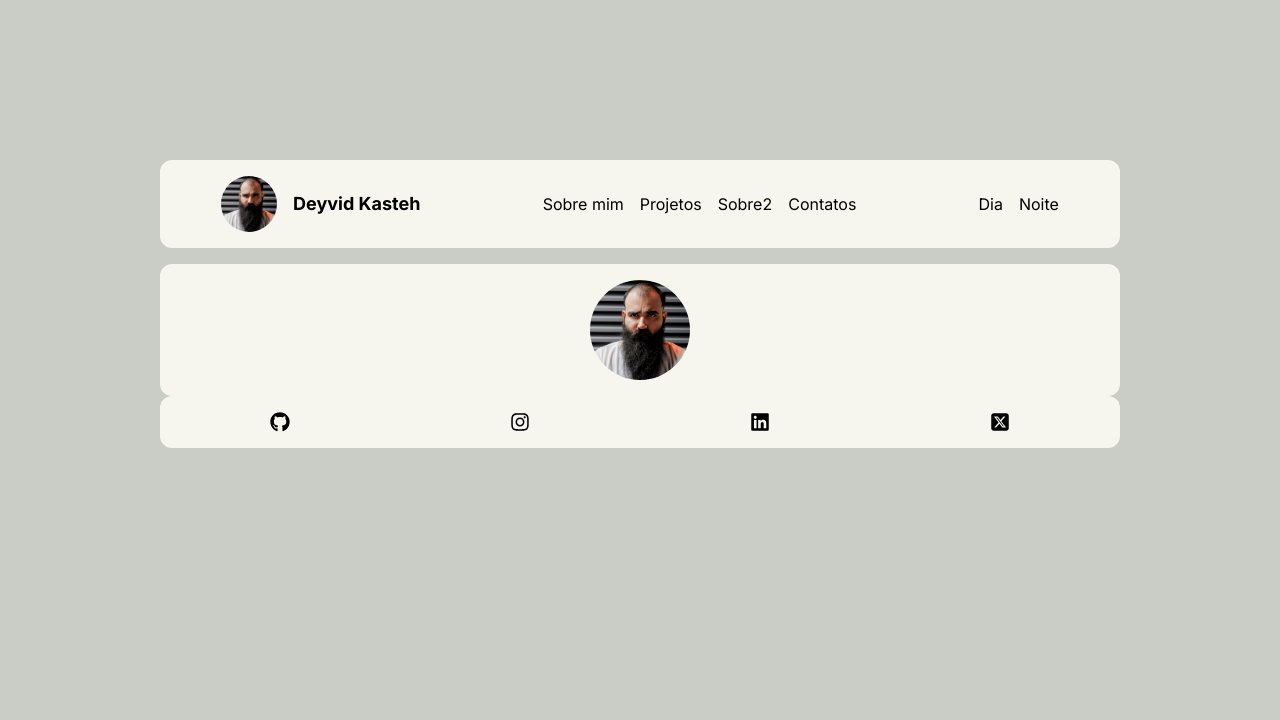
Repository: Deyvid-Kasteh/kasteh_portfolio
Page: /
An editor plug-in stored every save of this project. The page is shown before and after the next save, followed by the edit.
The browser window is 1280 px wide. The pictures show the whole page.
The project was rebuilt for these pictures with package versions that can differ from the ones it lists, and the page was loaded fresh each time. The framework's server and built-in components were replaced by stand-ins that run in the browser. Also part of the build but not shown: next.config.mjs.

Above is the page before, as saved 2024-03-26 00:20:16.

### src/app/layout.tsx
import type { Metadata } from "next";
import { Inter } from "next/font/google";
import "./globals.css";

const inter = Inter({ subsets: ["latin"] });

export const metadata: Metadata = {
  title: "Create Next App",
  description: "Generated by create next app",
};

export default function RootLayout({
  children,
}: Readonly<{
  children: React.ReactNode;
}>) {
  return (
    <html lang="pt-br">
      <body
        className={`bg-customGrayBG ${inter.className} p-4 sm:p-6 md:p-8 lg:p-10 xl:p-40`}
      >
        {children}
      </body>
    </html>
  );
}

### src/app/page.tsx
import Footer from "./components/footer";
import Header from "./components/header";
import Main from "./components/main";

export default function Home() {
  return (
    <>
      <Header />
      <Main />
      <Footer/>
    </>
  );
}

### src/app/globals.css
@tailwind base;
@tailwind components;
@tailwind utilities;

:root {
  --foreground-rgb: 0, 0, 0;
  --background-start-rgb: 214, 219, 220;
  --background-end-rgb: 0, 0, 0;
}

/* @media (prefers-color-scheme: dark) {
  :root {
    --foreground-rgb: 255, 255, 255;
    --background-start-rgb: 0, 0, 0;
    --background-end-rgb: 0, 0, 0;
  }
} */

body {
  color: "#25282B"
  /* background: linear-gradient(
      to bottom,
      transparent,
      rgb(var(--background-end-rgb))
    )
    rgb(var(--background-start-rgb)); */
}



@layer utilities {
  .text-balance {
    text-wrap: balance;
  }
}

### src/app/components/footer.tsx
import React from "react";
import {
  FaGithub,
  FaInstagram,
  FaLinkedin
} from "react-icons/fa";
import { FaSquareXTwitter } from "react-icons/fa6";

const Footer: React.FC = () => {
  return (
    <main className="bg-customGrayComponents flex justify-around items-center py-4 rounded-xl text-[20px]">
      <FaGithub />
      <FaInstagram />
      <FaLinkedin />
      <FaSquareXTwitter />
    </main>
  );
};

export default Footer;

### src/app/components/header.tsx
import React from "react";
import logo from "../../../public/deyvidKaseth.jpg";
import Image from "next/image";

const Header: React.FC = () => {
  return (
    <header className="bg-customGrayComponents flex justify-around items-center py-4 rounded-xl mb-4">
      <div className="flex items-center space-x-4">
        <Image src={logo} alt="Logo" className="rounded-full w-14 h-14" />
        <h1 className="text-lg font-bold">Deyvid Kasteh</h1>
      </div>
      <nav>
        <ul className="flex space-x-4">
          <li>
            <a href="#">Sobre mim</a>
          </li>
          <li>
            <a href="#" c>
              Projetos
            </a>
          </li>
          <li>
            <a href="#">Sobre2</a>
          </li>
          <li>
            <a href="#">Contatos</a>
          </li>
        </ul>
      </nav>
      <div className="flex space-x-4">
        <p>Dia</p>
        <p>Noite</p>
      </div>
    </header>
  );
};

export default Header;

### src/app/components/main.tsx
import React from 'react'
import MinhaFoto from './common/fotoDeyvidKasteh';

const Main: React.FC = () => {
  return (
    <main className="bg-customGrayComponents flex justify-around items-center py-4 rounded-xl">
      <MinhaFoto height={100} width={100}/>

    </main>
  );
}

export default Main

### src/app/components/common/fotoDeyvidKasteh.tsx
import React from "react"
import minhafoto from "../../../../public/deyvidKaseth.jpg"
import Image from "next/image"


interface ImageProps {
  width: number;
  height: number;
}


const MinhaFoto: React.FC<ImageProps> = ({ width, height }) => {
  return (
    <Image
      src={minhafoto}
      alt="Foto de Deyvid Kasteh"
      width={width}
      height={height}
      className="rounded-full"
    />
  );
};

export default MinhaFoto

### tailwind.config.ts
import type { Config } from "tailwindcss";

const config: Config = {
  content: [
    "./src/pages/**/*.{js,ts,jsx,tsx,mdx}",
    "./src/components/**/*.{js,ts,jsx,tsx,mdx}",
    "./src/app/**/*.{js,ts,jsx,tsx,mdx}",
  ],
  theme: {
    extend: {
      backgroundImage: {
        "gradient-radial": "radial-gradient(var(--tw-gradient-stops))",
        "gradient-conic":
          "conic-gradient(from 180deg at 50% 50%, var(--tw-gradient-stops))",
      },
      colors: {
        customGrayBG: "#CACCC6", // Definindo o background color
        customGrayComponents: "#F6F6EF",
      },
    },
  },
  plugins: [],
};
export default config;

After the next save:
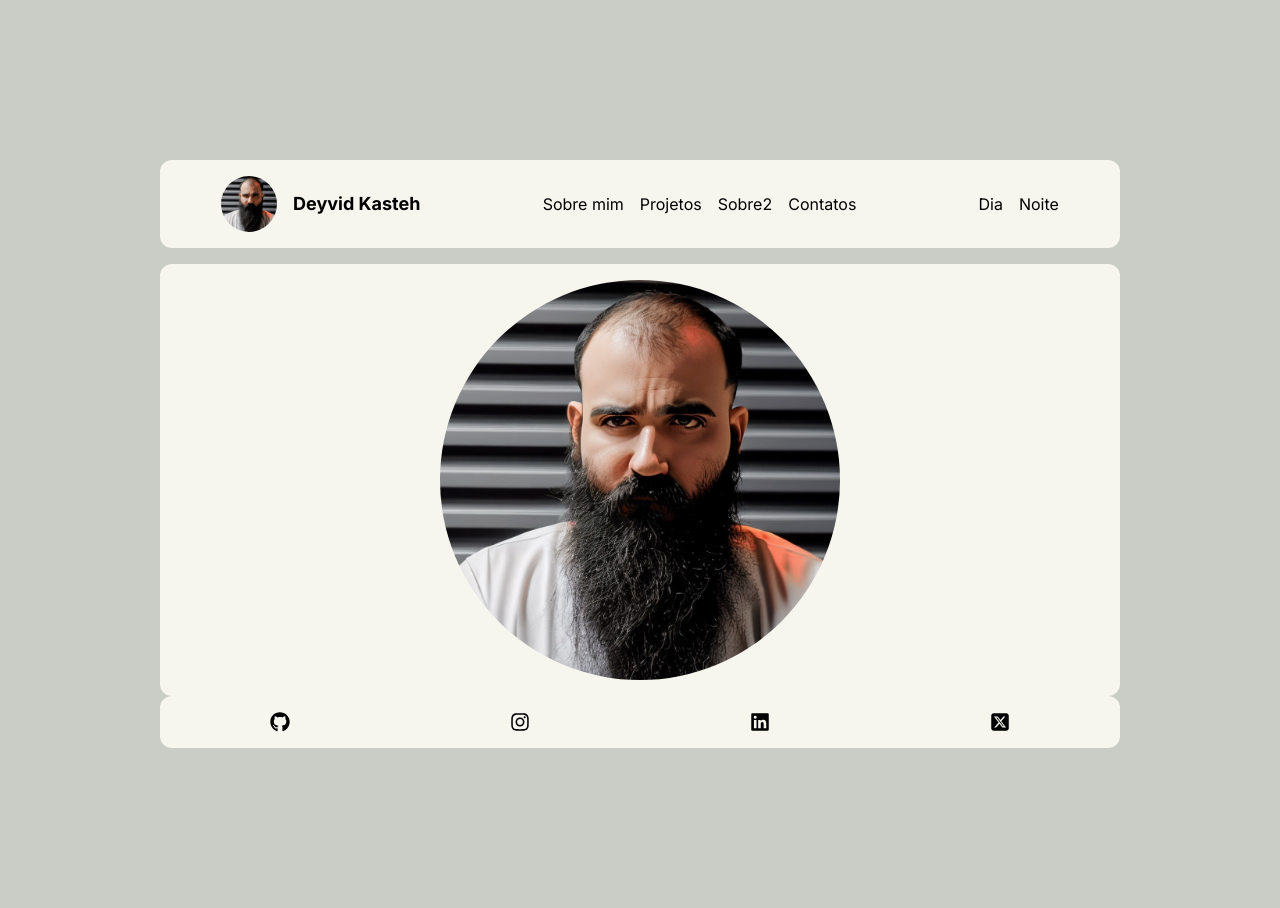
Saved 6 s later.
--- a/src/app/components/main.tsx
+++ b/src/app/components/main.tsx
@@ -4,7 +4,7 @@ import MinhaFoto from './common/fotoDeyvidKasteh';
 const Main: React.FC = () => {
   return (
     <main className="bg-customGrayComponents flex justify-around items-center py-4 rounded-xl">
-      <MinhaFoto height={100} width={100}/>
+      <MinhaFoto height={100} width={400}/>
 
     </main>
   );
